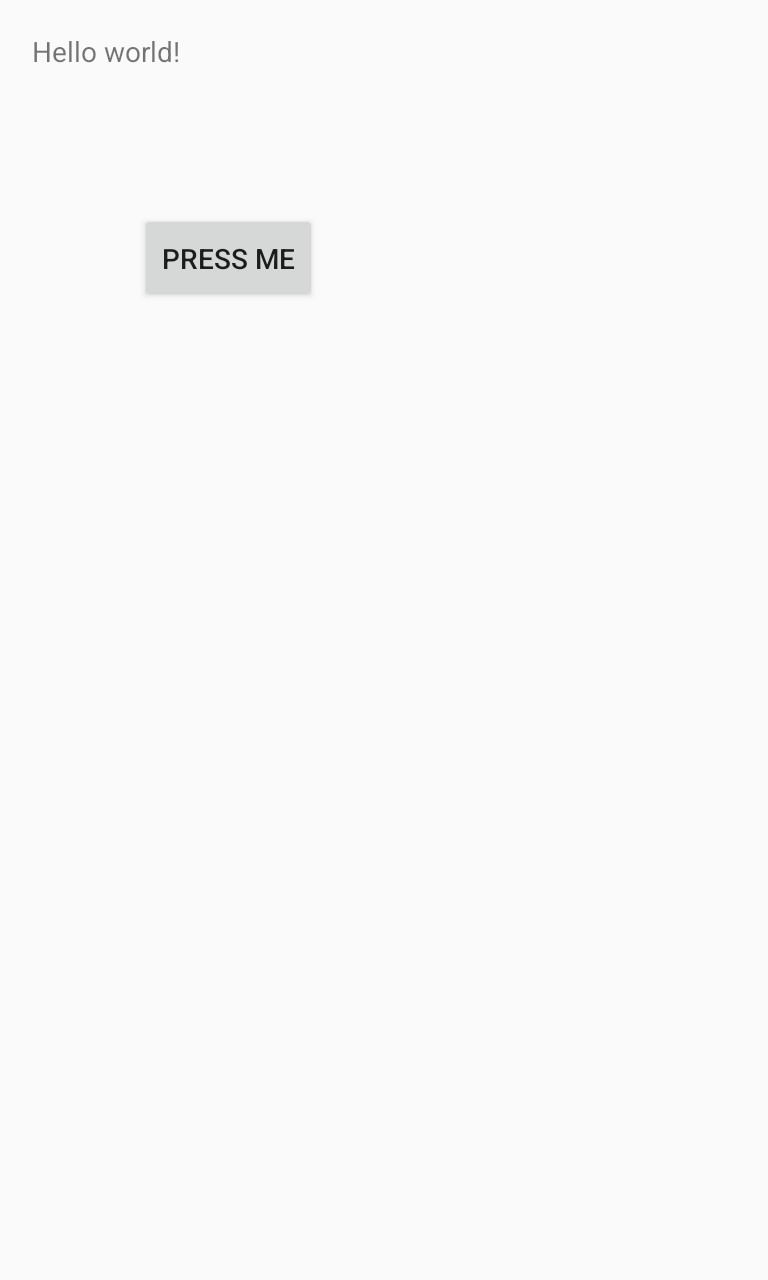
Repository: MobileApps-Cascadia/adam-tabsplitter
Layout: HelloWorld/res/layout/fragment_main.xml
An editor plug-in stored every save of this project. The layout is shown before and after the next save, followed by the edit.
It is drawn on a 768 x 1280 px phone screen (xhdpi) without system bars, with theme AppTheme; the app's code is not run.

Above is the layout before, as saved 2014-04-16 21:08:00.

### HelloWorld/res/layout/fragment_main.xml
<RelativeLayout xmlns:android="http://schemas.android.com/apk/res/android"
    xmlns:tools="http://schemas.android.com/tools"
    android:layout_width="match_parent"
    android:layout_height="match_parent"
    android:paddingBottom="@dimen/activity_vertical_margin"
    android:paddingLeft="@dimen/activity_horizontal_margin"
    android:paddingRight="@dimen/activity_horizontal_margin"
    android:paddingTop="@dimen/activity_vertical_margin"
    tools:context="com.example.helloworld.MainActivity$PlaceholderFragment" >

    <TextView
        android:id="@+id/textView1"
        android:layout_width="wrap_content"
        android:layout_height="wrap_content"
        android:text="@string/hello_world" />

    <Button
        android:id="@+id/button1"
        android:layout_width="wrap_content"
        android:layout_height="wrap_content"
        android:layout_alignLeft="@+id/textView1"
        android:layout_below="@+id/textView1"
        android:layout_marginLeft="53dp"
        android:layout_marginTop="70dp"
        android:text="PRESS ME" />

</RelativeLayout>

Loaded but not shown: HelloWorld/res/values/styles.xml (common file); HelloWorld/res/values-v11/styles.xml (common file); HelloWorld/res/values-v14/styles.xml (common file); HelloWorld/res/values/dimens.xml (common file); HelloWorld/res/values-w820dp/dimens.xml (common file); HelloWorld/res/values/strings.xml (common file)

After the next save:
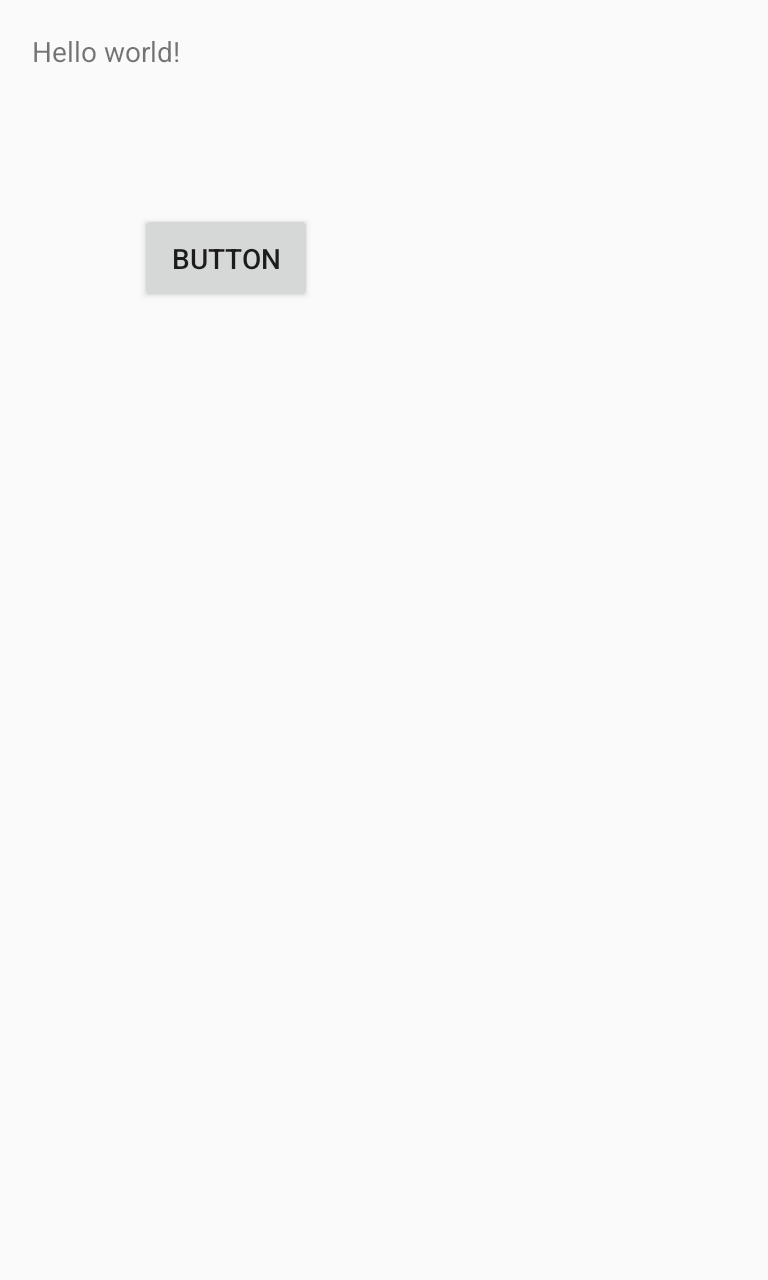
Saved 52 s later.
--- a/HelloWorld/res/layout/fragment_main.xml
+++ b/HelloWorld/res/layout/fragment_main.xml
@@ -22,6 +22,6 @@
         android:layout_below="@+id/textView1"
         android:layout_marginLeft="53dp"
         android:layout_marginTop="70dp"
-        android:text="PRESS ME" />
+        android:text="Button" />
 
 </RelativeLayout>
